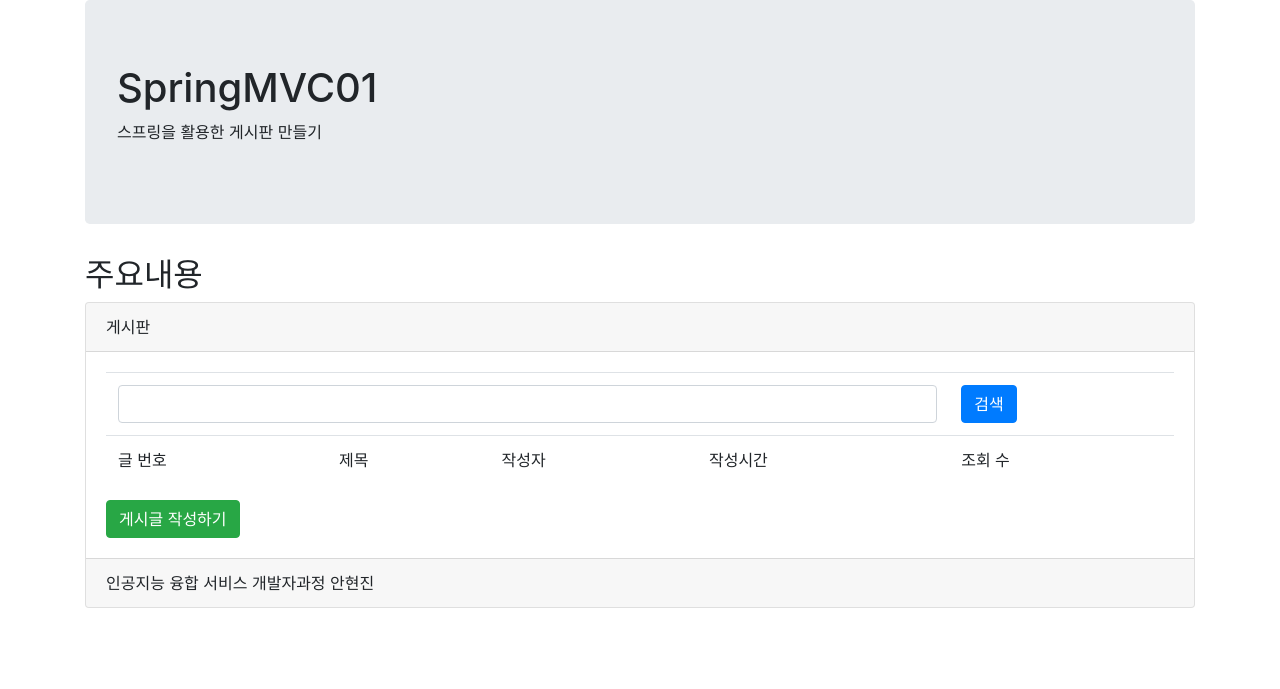
Repository: JangGunWook/Spring_webStudy
Page: http://localhost/SpringMVC01/WEB-INF/views/boardList.jsp
An editor plug-in stored every save of this project. The page is shown before and after the next save, followed by the edit.
The browser window is 1280 px wide. The pictures show the whole page.
The page is served by Tomcat 9. Nobody is signed in. The template is opened directly, without the code that normally fills it, so the values that code supplies are empty.

Above is the page before, as saved 2023-10-20 02:32:25.

After the next save:
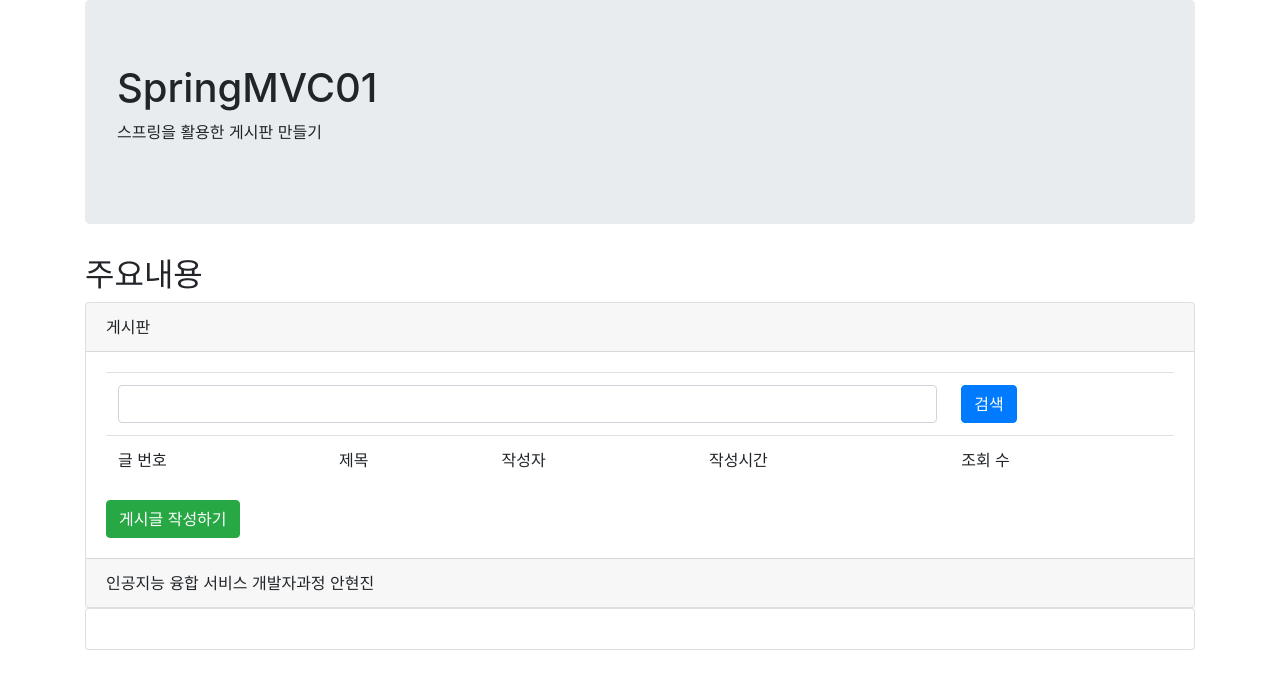
Saved 5 min 13 s later.
--- a/SpringMVC01/src/main/webapp/WEB-INF/views/boardList.jsp
+++ b/SpringMVC01/src/main/webapp/WEB-INF/views/boardList.jsp
@@ -66,7 +66,14 @@
 			<div class="card-footer">인공지능 융합 서비스 개발자과정 안현진</div>
 		</div>
 
+		<div class="card">
+			<div class="card-body">
+
+			</div>
+		</div>
+
 	</div>
 <script src="resources/js/list.js"></script>
+<script
 </body>
 </html>

After the save that followed:
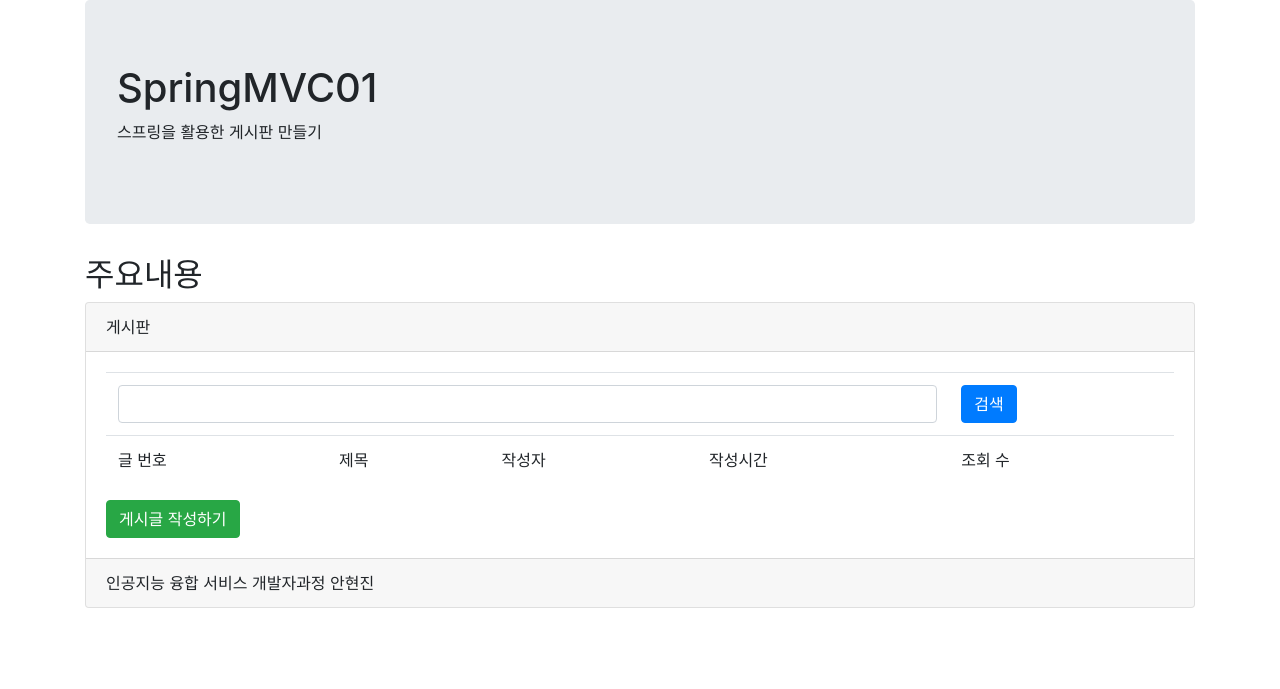
Saved 84 s later.
--- a/SpringMVC01/src/main/webapp/WEB-INF/views/boardList.jsp
+++ b/SpringMVC01/src/main/webapp/WEB-INF/views/boardList.jsp
@@ -66,8 +66,8 @@
 			<div class="card-footer">인공지능 융합 서비스 개발자과정 안현진</div>
 		</div>
 
-		<div class="card">
-			<div class="card-body">
+		<div class="card" id="chardDiv>
+			<div class="card-body" style="display:none">
 
 			</div>
 		</div>
